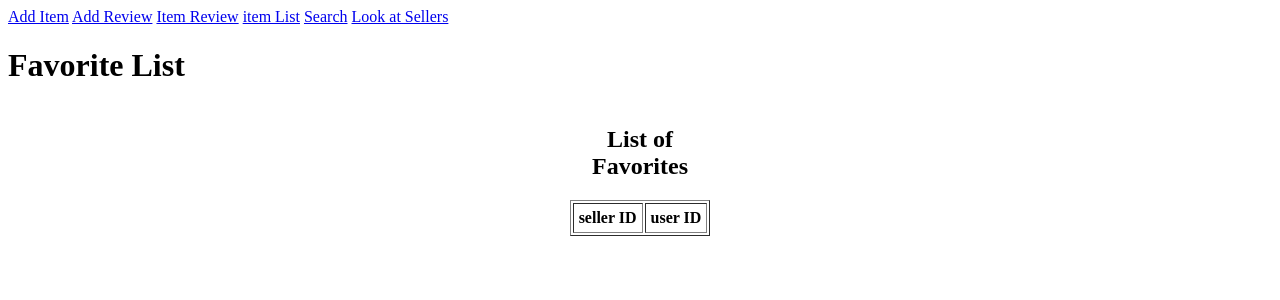
Repository: HamdanM/DatabaseProject
Page: http://localhost/DB3/favList.jsp
The author's editor kept a copy of each file at every save. The page is drawn from the files as they stood at one save, then again after the next save.
The browser window is 1280 px wide. The pictures show the whole page.
The page is served by Tomcat 9. Other server files are loaded and not shown. The template is opened directly, without the code that normally fills it, so the values that code supplies are empty.

Above is the page before, as saved 2019-07-25 01:15:29.

### DB3/WebContent/favList.jsp
<%@ page language="java" contentType="text/html; charset=ISO-8859-1"
    pageEncoding="ISO-8859-1"%>
  <%@ taglib prefix="c" uri="http://java.sun.com/jsp/jstl/core" %>
<!DOCTYPE html PUBLIC "-//W3C//DTD HTML 4.01 Transitional//EN" "http://www.w3.org/TR/html4/loose.dtd">
<html>
<head>
<meta http-equiv="Content-Type" content="text/html; charset=ISO-8859-1">
<title>Insert title here</title>
</head>
<body>
<a href="addItem.jsp">Add Item</a>
<a href="addReview.jsp">Add Review</a>
<a href="itemReview.jsp">Item Review</a>
<a href="list">item List</a>
<a href="search.jsp">Search</a>
<a href="sellers">Look at Sellers</a>

<div id="FavList" class="tab">
    <h1>Favorite List</h1>

      <div align="center">
        <table border="1" cellpadding="5">
            <caption><h2>List of Favorites</h2></caption>
            <tr>
              <th>seller ID</th>
                <th>user ID</th>


            </tr>
            <c:forEach var="fav" items="${favsList}">
                <tr>
                    <td><c:out value="${fav.getItemid()}" /></td>
                    <td><c:out value="${fav.getUser_UserID()}" /></td>
                    <td>
                        &nbsp;&nbsp;
                        <a href="deleteFav?id=<c:out value='${fav.getUser_UserID()}' />">Delete</a>
                    </td>
                </tr>
            </c:forEach>
        </table>
    </div>

</div>
</body>
</html>

After the next save:
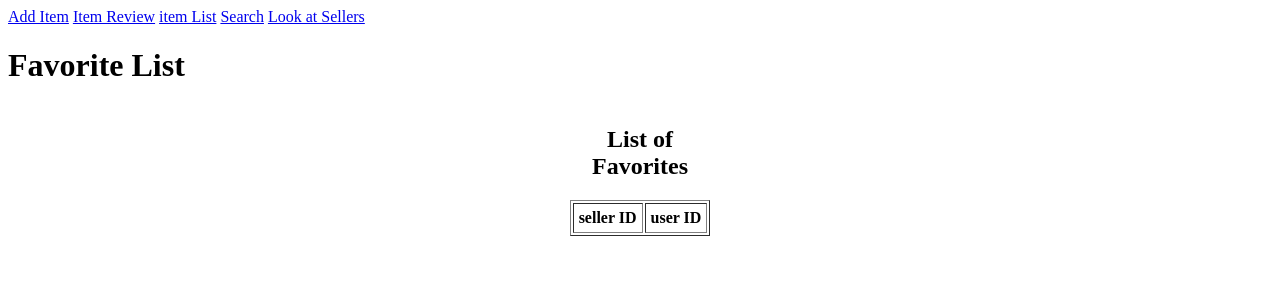
Saved 2 s later.
--- a/DB3/WebContent/favList.jsp
+++ b/DB3/WebContent/favList.jsp
@@ -9,7 +9,6 @@
 </head>
 <body>
 <a href="addItem.jsp">Add Item</a>
-<a href="addReview.jsp">Add Review</a>
 <a href="itemReview.jsp">Item Review</a>
 <a href="list">item List</a>
 <a href="search.jsp">Search</a>
